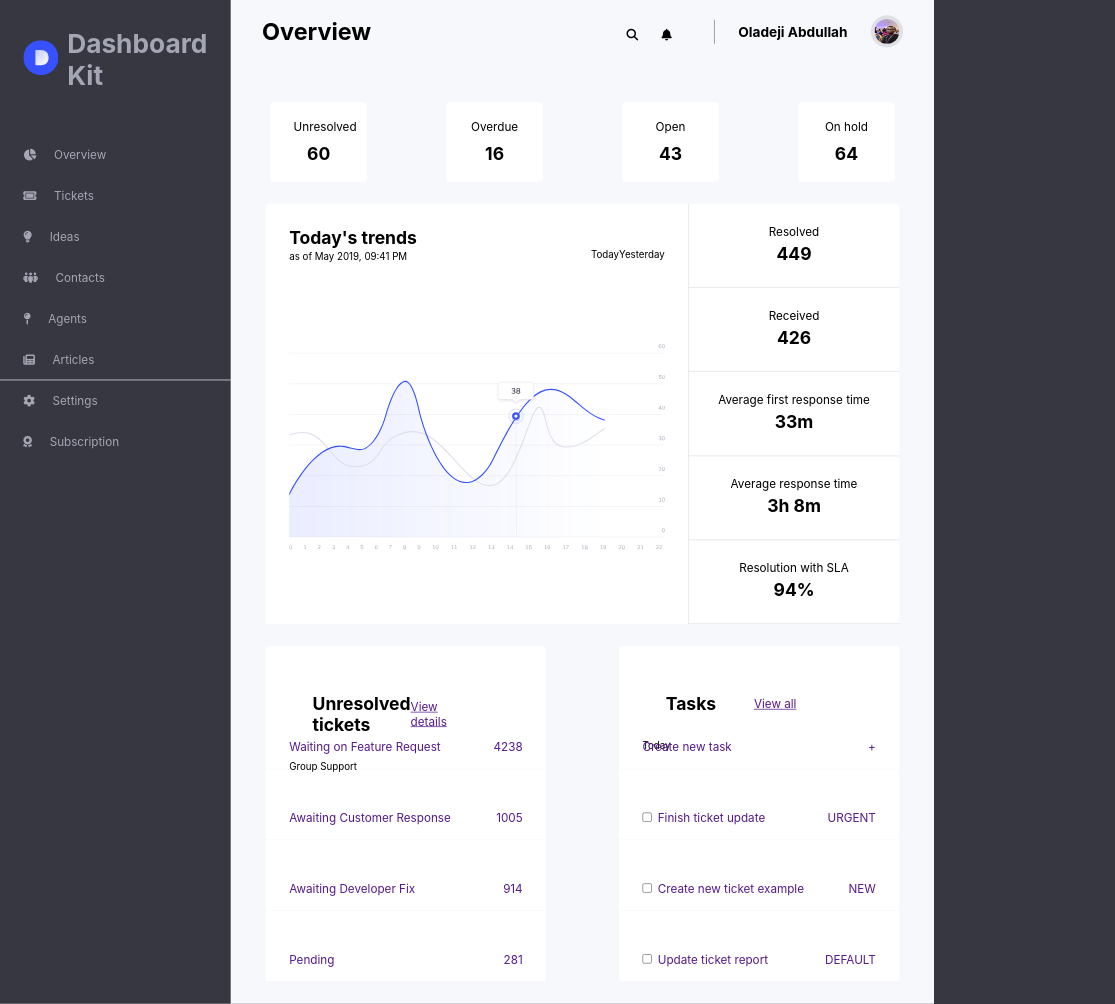
Repository: BuduCE/dashboard
Page: /
The author's editor kept a copy of each file at every save. The page is drawn from the files as they stood at one save, then again after the next save.
The browser window is 1280 px wide. The page is 1280 px wide, then 1528 px, so the pictures cover 1528 px, including what lies to the right of the window. The pictures show the whole page, at 73% of full size.
Some web libraries are served in a nearby version. The project was rebuilt for these pictures with package versions that can differ from the ones it lists, and the page was loaded fresh each time. Also part of the build but not shown: src/pages/Tickets/index.jsx.

Above is the page before, as saved 2022-08-06 00:09:43.

After the next save:
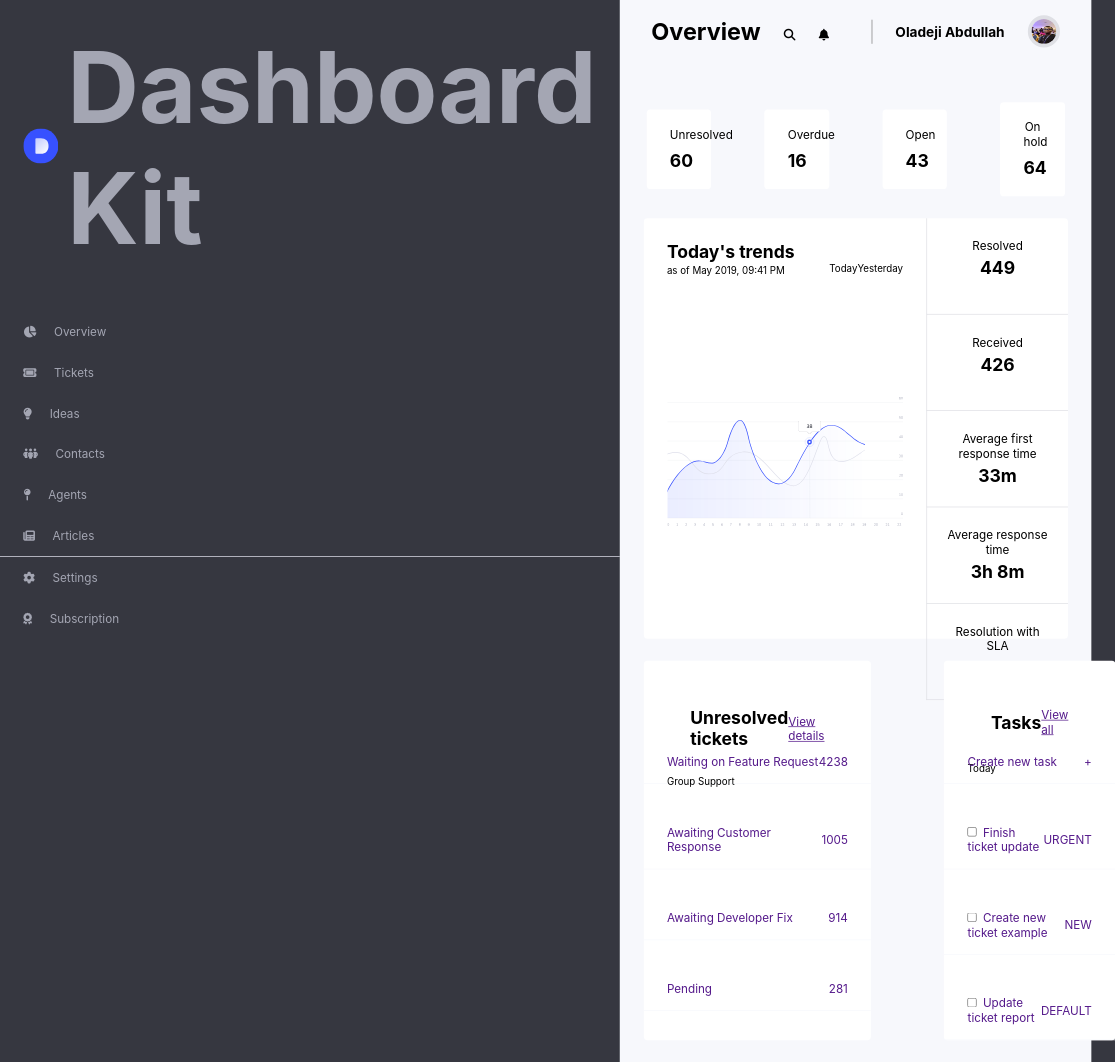
Saved 10 s later.
--- a/src/components/common/SideNav/styles.css
+++ b/src/components/common/SideNav/styles.css
@@ -14,7 +14,7 @@
 }
 .logo h1{
     margin-left: 12px;
-    font-size: 36px;
+    font-size: 8.5rem;
 }
 .heading{
     width: 100%;
